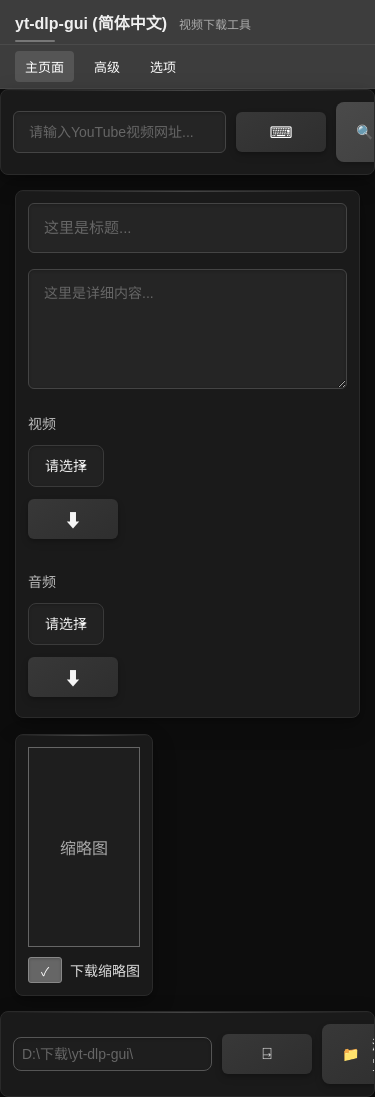
Repository: zArvin6808/yt-TubeSaver
Page: index.html
These files come from the project's save history. The page is drawn as it stood at one moment and after the next save; the edit follows.
The browser window is 375 px wide. The pictures show the whole page.

Above is the page before, as saved 2025-06-07 18:40:58.

### index.html
<!DOCTYPE html>
<html lang="zh-CN">
<head>
  <meta charset="UTF-8" />
  <title>yt-dlp-gui (简体中文)</title>
  <meta name="viewport" content="width=device-width, initial-scale=1.0"/>
  <link rel="stylesheet" href="style.css" />
</head>
<body>

  <!-- 标题栏 -->
  <div class="title-bar">
    <h1>yt-dlp-gui (简体中文)</h1>
    <span>视频下载工具</span>
  </div>

  <!-- 导航栏 -->
  <div class="navbar">
    <a href="#" class="nav-link active" data-page="main">主页面</a>
    <a href="#" class="nav-link" data-page="advanced">高级</a>
    <a href="#" class="nav-link" data-page="settings">选项</a>
  </div>

  <!-- 主页面内容 -->
  <div id="main" class="page active">
    <!-- 网址与按钮 占据整行 -->
    <div class="url-analysis-row card">
      <input type="text" id="urlInput" placeholder="请输入YouTube视频网址..." />
      <button class="icon-button" id="pasteButton" title="粘贴"><span>⌨</span></button>
      <button id="analyzeButton" class="primary"><span>🔍</span>分析</button>
    </div>

    <!-- 主内容 -->
    <div class="main">
      <!-- 左侧面板 -->
      <div class="left-panel card">
        <textarea class="title-input" id="titleInput" placeholder="这里是标题..." readonly></textarea>
        <textarea class="content-textarea" id="contentTextarea" placeholder="这里是详细内容..."></textarea>

        <!-- 视频行 -->
        <div class="select-group">
          <label for="video-select">视频</label>
          <select id="video-select">
            <option>请选择</option>
          </select>
          <button class="download-button" id="downloadVideoButton" title="下载视频"><span>⬇</span></button>
        </div>

        <!-- 音频行 -->
        <div class="select-group">
          <label for="audio-select">音频</label>
          <select id="audio-select">
            <option>请选择</option>
          </select>
          <button class="download-button" id="downloadAudioButton" title="下载音频"><span>⬇</span></button>
        </div>
      </div>

      <!-- 右侧面板 -->
      <div class="right-panel card">
        <div class="thumbnail" id="thumbnailPreview">
          <span class="thumbnail-placeholder">缩略图</span>
        </div>
        <div class="checkbox-group">
          <input type="checkbox" id="download-thumb" checked />
          <label for="download-thumb">下载缩略图</label>
        </div>
      </div>
    </div>

    <!-- 路径栏 -->
    <div class="path-bar card">
      <input type="text" id="pathInput" placeholder="D:\下载\yt-dlp-gui\" />
      <button class="icon-button" id="refreshPathButton" title="重置路径"><span>⍈</span></button>
      <button id="selectPathButton"><span>📁</span>浏览</button>
      <button id="downloadButton" class="primary"><span>⬇</span>下载</button>
    </div>
  </div>

  <!-- 高级页面 -->
  <div id="advanced" class="page">
    <div class="test-content">
      <h2>高级设置（测试页面）</h2>
      <p>这是高级设置页面的测试内容。该页面将用于配置更详细的下载选项。</p>
      <p>未来这里将包含：</p>
      <ul style="color: #aaa; margin-left: 20px;">
        <li>视频质量设置</li>
        <li>下载速度限制</li>
        <li>字幕选项</li>
        <li>格式选择</li>
      </ul>
    </div>
  </div>

  <!-- 选项页面 -->
  <div id="settings" class="page">
    <div class="test-content">
      <h2>全局设置（测试页面）</h2>
      <p>这是选项设置页面的测试内容。该页面将用于配置软件的全局设置。</p>
      <p>未来这里将包含：</p>
      <ul style="color: #aaa; margin-left: 20px;">
        <li>界面语言设置</li>
        <li>默认下载路径</li>
        <li>代理设置</li>
        <li>主题选择</li>
      </ul>
    </div>
  </div>

  <script src="script.js"></script>
</body>
</html>

### style.css
* {
      box-sizing: border-box;
      margin: 0;
      padding: 0;
      font-family: "Microsoft YaHei", sans-serif;
    }

    body {
      background-color: #2e2e2e;
      color: #ffffff;
      display: flex;
      flex-direction: column;
      min-height: 100vh;
    }

    /* 标题栏 */
    .title-bar {
      background-color: #3d3d3d;
      display: flex;
      align-items: center;
      padding: 12px 20px;
      gap: 12px;
      border-bottom: 1px solid #4a4a4a;
    }

    .title-bar h1 {
      font-size: 18px;
      margin: 0;
      font-weight: 600;
      position: relative;
    }

    .title-bar h1::after {
      content: "";
      position: absolute;
      bottom: -8px;
      left: 0;
      width: 40px;
      height: 2px;
      background-color: #777;
      border-radius: 1px;
    }

    .title-bar span {
      font-size: 13px;
      color: #aaa;
      margin-top: 2px;
    }

    /* 导航栏 */
    .navbar {
      background-color: #3d3d3d;
      display: flex;
      padding: 8px 20px;
      gap: 15px;
      border-bottom: 1px solid #4a4a4a;
    }

    .navbar a {
      color: white;
      text-decoration: none;
      font-size: 14px;
      cursor: pointer;
      padding: 8px 12px;
      border-radius: 4px;
      transition: all 0.2s ease;
      position: relative;
    }

    .navbar a:hover {
      background-color: #4a4a4a;
    }

    .navbar a.active {
      background-color: #555;
      font-weight: 500;
    }

    .navbar a.active::after {
      content: "";
      position: absolute;
      bottom: -9px;
      left: 12px;
      right: 12px;
      height: 2px;
      background-color: #888;
      border-radius: 1px;
    }

    @media (max-width: 768px) {
      .title-bar {
        padding: 10px 15px;
      }

      .title-bar h1 {
        font-size: 16px;
      }

      .title-bar span {
        font-size: 12px;
      }

      .navbar {
        padding: 6px 15px;
        gap: 10px;
      }

      .navbar a {
        padding: 6px 10px;
        font-size: 13px;
      }
    }

    /* 页面切换相关样式 */
    .page {
      display: none;
      flex-direction: column;
      flex-grow: 1;
    }

    .page.active {
      display: flex;
    }

    /* 网址与按钮容器：占满整行 */
    .url-analysis-row {
      display: flex;
      align-items: center;
      padding: 20px;
      gap: 12px;
      width: 100%;
      box-sizing: border-box;
      background-color: #2a2a2a;
      border-bottom: 1px solid #3a3a3a;
    }

    .url-analysis-row input[type="text"] {
      background-color: #252525;
      color: #ffffff;
      border: 1px solid #444;
      padding: 12px 15px;
      font-size: 14px;
      flex-grow: 1;
      border-radius: 6px;
      transition: all 0.2s ease;
    }

    .url-analysis-row input[type="text"]:focus {
      outline: none;
      border-color: #666;
      box-shadow: 0 0 0 3px rgba(100, 100, 100, 0.3);
      background-color: #2a2a2a;
    }

    .url-analysis-row.loading {
      position: relative;
    }

    .url-analysis-row.loading::after {
      content: "";
      position: absolute;
      bottom: 0;
      left: 0;
      width: 100%;
      height: 2px;
      background: linear-gradient(90deg, transparent, #666, transparent);
      animation: loading 1.5s infinite;
    }

    @keyframes loading {
      0% { transform: translateX(-100%); }
      100% { transform: translateX(100%); }
    }

    /* 主内容容器 */
    .main {
      display: flex;
      flex-direction: row;
      padding: 20px;
      gap: 24px;
      flex-grow: 1;
    }

    /* 左侧区域 */
    .left-panel {
      display: flex;
      flex-direction: column;
      width: 60%;
      gap: 16px;
    }

    .title-input {
      background-color: #252525;
      color: #ffffff;
      border: 1px solid #444;
      padding: 12px 15px;
      font-size: 15px;
      height: 50px;
      resize: none;
      border-radius: 6px;
      transition: all 0.2s ease;
    }

    .title-input:focus {
      outline: none;
      border-color: #666;
      box-shadow: 0 0 0 3px rgba(100, 100, 100, 0.3);
      background-color: #2a2a2a;
    }

    .content-textarea {
      background-color: #252525;
      color: #ffffff;
      border: 1px solid #444;
      padding: 12px 15px;
      font-size: 14px;
      resize: vertical;
      min-height: 120px;
      flex-grow: 1;
      border-radius: 6px;
      transition: all 0.2s ease;
    }

    .content-textarea:focus {
      outline: none;
      border-color: #666;
      box-shadow: 0 0 0 3px rgba(100, 100, 100, 0.3);
      background-color: #2a2a2a;
    }

    /* 视频/音频选择器 - 每组一行 */
    .select-group {
      display: flex;
      align-items: center;
      gap: 12px;
      padding: 8px 0;
    }

    select {
      background-color: #252525;
      color: #ffffff;
      border: 1px solid #444;
      padding: 8px 12px;
      font-size: 14px;
      flex-grow: 1;
      border-radius: 6px;
      transition: all 0.2s ease;
      appearance: none;
      background-image: url("data:[embedded picture, 150 characters]");
      background-repeat: no-repeat;
      background-position: right 12px center;
      background-size: 16px;
    }

    select:focus {
      outline: none;
      border-color: #666;
      box-shadow: 0 0 0 3px rgba(100, 100, 100, 0.3);
      background-color: #2a2a2a;
    }

    label {
      font-size: 14px;
      text-align: right;
      flex-shrink: 0;
      width: 80px;
      color: #bbb;
    }

    /* 基础按钮样式 */
    button {
      background-color: #444;
      color: white;
      border: none;
      padding: 10px 16px;
      cursor: pointer;
      font-size: 14px;
      transition: all 0.2s cubic-bezier(0.22, 1, 0.36, 1);
      border-radius: 6px;
      min-width: 90px;
      font-weight: 500;
      display: flex;
      align-items: center;
      justify-content: center;
      gap: 6px;
      position: relative;
      overflow: hidden;
    }

    button:hover {
      background-color: #555;
      box-shadow: 0 2px 8px rgba(0, 0, 0, 0.2);
    }

    button:active {
      background-color: #3a3a3a;
      box-shadow: 0 1px 2px rgba(0, 0, 0, 0.1);
    }

    button:disabled {
      opacity: 0.7;
      cursor: not-allowed;
      transform: none !important;
    }

    button .spinner {
      width: 16px;
      height: 16px;
      border: 2px solid rgba(255, 255, 255, 0.3);
      border-radius: 50%;
      border-top-color: white;
      animation: spin 0.8s linear infinite;
      margin-right: 6px;
    }

    @keyframes spin {
      to { transform: rotate(360deg); }
    }

    button.primary {
      background-color: #666;
      box-shadow: 0 2px 4px rgba(0, 0, 0, 0.2);
    }

    button.primary:hover {
      background-color: #777;
      box-shadow: 0 4px 8px rgba(0, 0, 0, 0.2);
    }

    button.primary:active {
      background-color: #5a5a5a;
      box-shadow: 0 1px 2px rgba(0, 0, 0, 0.1);
    }

    /* 图标按钮样式 */
    .icon-button {
      background-color: #444;
      color: #ffffff;
      border: none;
      cursor: pointer;
      font-size: 16px;
      transition: all 0.2s cubic-bezier(0.22, 1, 0.36, 1);
      display: flex;
      justify-content: center;
      align-items: center;
      border-radius: 6px;
      width: 40px;
      height: 40px;
      position: relative;
      overflow: hidden;
    }

    .icon-button:hover {
      background-color: #555;
      box-shadow: 0 2px 8px rgba(0, 0, 0, 0.2);
    }

    .icon-button:active {
      background-color: #3a3a3a;
      box-shadow: 0 1px 2px rgba(0, 0, 0, 0.1);
    }

    .icon-button:disabled {
      opacity: 0.7;
      cursor: not-allowed;
      transform: none !important;
    }

    /* 下载图标按钮样式 */
    .download-button {
      width: 40px;
      height: 40px;
      display: flex;
      justify-content: center;
      align-items: center;
      font-size: 18px;
      padding: 0;
      background-color: #666;
      border: none;
      border-radius: 6px;
      transition: all 0.2s cubic-bezier(0.22, 1, 0.36, 1);
      position: relative;
      overflow: hidden;
    }

    .download-button:hover {
      background-color: #777;
      box-shadow: 0 2px 8px rgba(0, 0, 0, 0.2);
    }

    .download-button:active {
      background-color: #5a5a5a;
      box-shadow: 0 1px 2px rgba(0, 0, 0, 0.1);
    }

    .download-button:disabled {
      opacity: 0.7;
      cursor: not-allowed;
      transform: none !important;
    }

    /* 错误状态 */
    .error-state {
      border-color: #ff4d4d !important;
      background-color: #2a1a1a !important;
    }

    .error-state:focus {
      box-shadow: 0 0 0 3px rgba(255, 77, 77, 0.3) !important;
    }

    /* 成功状态 */
    .success-state {
      border-color: #4dff4d !important;
      background-color: #1a2a1a !important;
    }

    .success-state:focus {
      box-shadow: 0 0 0 3px rgba(77, 255, 77, 0.3) !important;
    }

    /* 加载状态 */
    .loading-state::after {
      content: "";
      position: absolute;
      bottom: 0;
      left: 0;
      width: 100%;
      height: 2px;
      background: linear-gradient(90deg, transparent, #666, transparent);
      animation: loading 1.5s infinite;
    }

    @keyframes loading {
      0% { transform: translateX(-100%); }
      100% { transform: translateX(100%); }
    }

    @media (max-width: 768px) {
      .main {
        flex-direction: column;
        padding: 15px;
        gap: 16px;
      }

      .left-panel, .right-panel {
        width: 100%;
      }

      .url-analysis-row {
        padding: 15px;
        gap: 10px;
      }

      .select-group {
        flex-direction: column;
        align-items: flex-start;
      }

      label {
        width: auto;
        text-align: left;
      }
    }

    /* 右侧面板：缩略图和下载缩略图选项 */
    .right-panel {
      display: flex;
      flex-direction: column;
      width: 40%;
      gap: 10px;
    }

    .thumbnail {
      width: 100%;
      height: 200px;
      background-color: #1e1e1e;
      display: flex;
      justify-content: center;
      align-items: center;
      color: #aaa;
      font-size: 16px;
      border: 1px solid #666;
      transition: all 0.2s ease;
    }

    .thumbnail.loading {
      background-color: #252525;
      border-color: #888;
    }

    .thumbnail img {
      max-width: 100%;
      max-height: 100%;
      object-fit: contain;
    }

    .checkbox-group {
      display: flex;
      align-items: center;
      gap: 8px;
    }

    .checkbox-group input[type="checkbox"] {
      appearance: none;
      width: 16px;
      height: 16px;
      border: 1px solid #666;
      background-color: #1e1e1e;
      border-radius: 3px;
      cursor: pointer;
      position: relative;
      transition: all 0.2s ease;
    }

    .checkbox-group input[type="checkbox"]:checked {
      background-color: #666;
      border-color: #888;
    }

    .checkbox-group input[type="checkbox"]:checked::after {
      content: "✓";
      position: absolute;
      color: white;
      font-size: 12px;
      top: 50%;
      left: 50%;
      transform: translate(-50%, -50%);
    }

    .checkbox-group input[type="checkbox"]:focus {
      outline: none;
      box-shadow: 0 0 0 2px rgba(150, 150, 150, 0.2);
    }

    .checkbox-group label {
      font-size: 14px;
      color: #ddd;
      cursor: pointer;
    }

    /* 路径栏 */
    .path-bar {
      display: flex;
      align-items: center;
      gap: 10px;
      padding: 15px 20px;
      background-color: #2e2e2e;
      border-top: 1px solid #444;
    }

    .path-bar input {
      flex-grow: 1;
      padding: 8px;
      background-color: #1e1e1e;
      color: #fff;
      border: 1px solid #555;
      font-size: 14px;
    }

    /* 测试页面样式 */
    .test-content {
      padding: 20px;
      display: flex;
      flex-direction: column;
      gap: 20px;
    }

    .test-content h2 {
      color: #fff;
      font-size: 18px;
      margin-bottom: 10px;
    }

    .test-content p {
      color: #aaa;
      font-size: 14px;
      line-height: 1.6;
    }

    /* 滚动条样式 */
    ::-webkit-scrollbar {
      width: 10px;
      height: 10px;
    }
    ::-webkit-scrollbar-track {
      background: #1e1e1e;
      border-radius: 5px;
    }
    ::-webkit-scrollbar-thumb {
      background: #666;
      border-radius: 5px;
      border: 2px solid #1e1e1e;
      transition: all 0.3s cubic-bezier(0.22, 1, 0.36, 1);
    }
    ::-webkit-scrollbar-thumb:hover {
      background: #777;
      transform: scale(1.05);
    }
    ::-webkit-scrollbar-corner {
      background: #1e1e1e;
    }

    /* 全局美化 - 增强版 */
    body {
      color: #f0f0f0;
      background-color: #0d0d0d;
      font-smooth: antialiased;
      -webkit-font-smoothing: antialiased;
    }

    /* 增强的卡片样式 */
    .card {
      background-color: #1a1a1a;
      border-radius: 12px;
      padding: 24px;
      box-shadow:
        0 2px 4px rgba(0, 0, 0, 0.1),
        0 4px 12px rgba(0, 0, 0, 0.15),
        0 8px 24px rgba(0, 0, 0, 0.2);
      transition:
        transform 0.3s cubic-bezier(0.34, 1.56, 0.64, 1),
        box-shadow 0.3s cubic-bezier(0.34, 1.56, 0.64, 1);
      border: 1px solid #2a2a2a;
      position: relative;
      overflow: hidden;
    }

    .card::before {
      content: '';
      position: absolute;
      top: 0;
      left: 0;
      right: 0;
      height: 1px;
      background: linear-gradient(90deg, transparent, #444, transparent);
    }

    .card:hover {
      box-shadow:
        0 4px 8px rgba(0, 0, 0, 0.15),
        0 8px 24px rgba(0, 0, 0, 0.25),
        0 16px 48px rgba(0, 0, 0, 0.3);
    }

    .card:active {
      transition-duration: 0.1s;
    }

    /* 增强的按钮样式 */
    button {
      background: linear-gradient(145deg, #383838, #2e2e2e);
      color: #f5f5f5;
      border: none;
      padding: 12px 24px;
      border-radius: 8px;
      cursor: pointer;
      font-size: 14px;
      font-weight: 500;
      transition: all 0.3s cubic-bezier(0.34, 1.56, 0.64, 1);
      box-shadow:
        0 2px 4px rgba(0, 0, 0, 0.2),
        0 4px 8px rgba(0, 0, 0, 0.1);
      position: relative;
      overflow: hidden;
      transform-style: preserve-3d;
    }

    button::before {
      content: '';
      position: absolute;
      top: 0;
      left: 0;
      right: 0;
      bottom: 0;
      background: linear-gradient(145deg, #444, #3a3a3a);
      opacity: 0;
      transition: opacity 0.3s ease;
      z-index: -1;
    }

    button:hover {
      box-shadow:
        0 4px 8px rgba(0, 0, 0, 0.25),
        0 8px 16px rgba(0, 0, 0, 0.15);
    }

    button:active {
      box-shadow:
        0 1px 2px rgba(0, 0, 0, 0.2);
      transition-duration: 0.1s;
    }

    button:active::before {
      opacity: 1;
    }

    button.primary {
      background: linear-gradient(145deg, #4a4a4a, #3f3f3f);
    }

    button.primary::before {
      background: linear-gradient(145deg, #555, #4a4a4a);
    }

    button.loading::after {
      content: '';
      position: absolute;
      top: 50%;
      left: 50%;
      width: 16px;
      height: 16px;
      margin: -8px 0 0 -8px;
      border: 2px solid rgba(255,255,255,0.3);
      border-top-color: white;
      border-radius: 50%;
      animation: spin 0.8s linear infinite;
    }

    @keyframes spin {
      to { transform: rotate(360deg); }
    }

    /* 增强的输入框样式 */
    input, textarea, select {
      background-color: #222;
      border: 1px solid #3a3a3a;
      color: #f0f0f0;
      padding: 12px 16px;
      border-radius: 8px;
      transition: all 0.3s cubic-bezier(0.34, 1.56, 0.64, 1);
      box-shadow: inset 0 1px 3px rgba(0, 0, 0, 0.2);
      font-size: 14px;
    }

    input::placeholder, textarea::placeholder {
      color: #666;
      opacity: 1;
    }

    input:focus, textarea:focus, select:focus {
      outline: none;
      border-color: #555;
      box-shadow:
        inset 0 1px 3px rgba(0, 0, 0, 0.2),
        0 0 0 3px rgba(85, 85, 85, 0.2);
    }

    input.error, textarea.error {
      border-color: #d32f2f;
    }

    /* 增强的分隔线 */
    hr {
      border: none;
      height: 1px;
      background: linear-gradient(90deg, transparent, #444, transparent);
      margin: 24px 0;
      position: relative;
    }

    hr::after {
      content: '';
      position: absolute;
      top: 0;
      left: 0;
      right: 0;
      height: 1px;
      background: linear-gradient(90deg, transparent, #666, transparent);
      opacity: 0.3;
    }

    /* 增强的链接样式 */
    a {
      color: #b0b0b0;
      text-decoration: none;
      transition: all 0.3s cubic-bezier(0.34, 1.56, 0.64, 1);
      position: relative;
      font-weight: 500;
    }

    a:hover {
      color: #ffffff;
    }

    a::after {
      content: '';
      position: absolute;
      bottom: -2px;
      left: 0;
      width: 0;
      height: 2px;
      background: currentColor;
      transition: width 0.3s cubic-bezier(0.34, 1.56, 0.64, 1);
    }

    a:hover::after {
      width: 100%;
    }

    /* 全局动画设置 */
    :root {
      --transition-duration: 0.3s;
      --transition-easing: cubic-bezier(0.34, 1.56, 0.64, 1);
    }

    /* 焦点样式 */
    *:focus-visible {
      outline: 2px solid #555;
      outline-offset: 2px;
      border-radius: 2px;
    }

    /* 响应式断点 */
    @media (max-width: 768px) {
      body {
        font-size: 15px;
      }

      .card {
        padding: 16px;
        border-radius: 10px;
      }

      button {
        padding: 10px 20px;
      }
    }

    @media (max-width: 480px) {
      body {
        font-size: 14px;
      }

      .card {
        padding: 12px;
        border-radius: 8px;
      }
    }

    /* 性能优化 */
    .card, button, input, a {
      will-change: transform, box-shadow;
      backface-visibility: hidden;
    }

    /* Toast通知系统 */
    .toast-container {
      position: fixed;
      bottom: 20px;
      right: 20px;
      display: flex;
      flex-direction: column;
      gap: 10px;
      z-index: 1000;
      max-width: 300px;
    }

    .toast {
      padding: 12px 16px;
      border-radius: 6px;
      color: white;
      font-size: 14px;
      display: flex;
      align-items: center;
      gap: 10px;
      box-shadow: 0 4px 12px rgba(0, 0, 0, 0.15);
      opacity: 0;
      transform: translateY(20px);
      transition: all 0.3s cubic-bezier(0.22, 1, 0.36, 1);
      position: relative;
      overflow: hidden;
    }

    .toast.show {
      opacity: 1;
      transform: translateY(0);
    }

    .toast.hide {
      opacity: 0;
      transform: translateY(-20px);
    }

    .toast::after {
      content: "";
      position: absolute;
      bottom: 0;
      left: 0;
      width: 100%;
      height: 4px;
      background: rgba(255, 255, 255, 0.3);
    }

    .toast::before {
      content: "";
      position: absolute;
      bottom: 0;
      left: 0;
      width: 100%;
      height: 4px;
      background: rgba(255, 255, 255, 0.6);
      animation: toastProgress 3s linear forwards;
    }

    @keyframes toastProgress {
      from { width: 100%; }
      to { width: 0%; }
    }

    .toast-success {
      background-color: #2e7d32;
    }

    .toast-error {
      background-color: #c62828;
    }

    .toast-warning {
      background-color: #f9a825;
      color: #212121;
    }

    .toast-info {
      background-color: #0277bd;
    }

    .toast-icon {
      font-size: 18px;
      flex-shrink: 0;
    }

    .toast-close {
      margin-left: auto;
      cursor: pointer;
      opacity: 0.7;
      transition: opacity 0.2s;
      padding: 4px;
      display: flex;
      align-items: center;
      justify-content: center;
    }

    .toast-close:hover {
      opacity: 1;
    }

    @media (max-width: 768px) {
      .toast-container {
        bottom: 10px;
        right: 10px;
        left: 10px;
        max-width: none;
      }

      .toast {
        width: 100%;
        box-sizing: border-box;
      }
    }

Loaded but not shown: script.js (302 lines, source omitted)

After the next save:
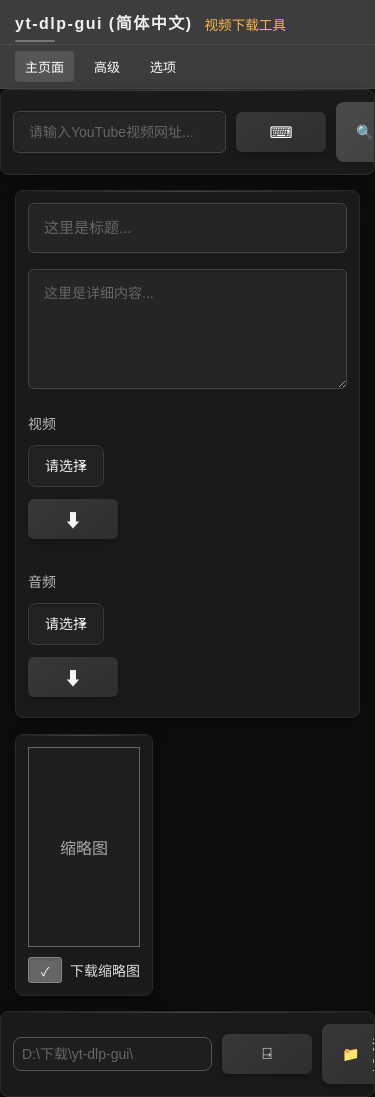
Saved 67 s later.
--- a/style.css
+++ b/style.css
@@ -11,6 +11,7 @@
       display: flex;
       flex-direction: column;
       min-height: 100vh;
+      font-size: 17px;
     }
 
     /* 标题栏 */
@@ -24,10 +25,11 @@
     }
 
     .title-bar h1 {
-      font-size: 18px;
+      font-size: 2.1rem;
       margin: 0;
-      font-weight: 600;
-      position: relative;
+      font-weight: 700;
+      position: relative;
+      letter-spacing: 1.5px;
     }
 
     .title-bar h1::after {
@@ -42,9 +44,10 @@
     }
 
     .title-bar span {
-      font-size: 13px;
-      color: #aaa;
-      margin-top: 2px;
+      font-size: 1.1rem;
+      color: #ffb74d;
+      margin-top: 4px;
+      font-weight: 500;
     }
 
     /* 导航栏 */
@@ -93,11 +96,11 @@
       }
 
       .title-bar h1 {
-        font-size: 16px;
+        font-size: 1.2rem;
       }
 
       .title-bar span {
-        font-size: 12px;
+        font-size: 0.95rem;
       }
 
       .navbar {
@@ -108,6 +111,20 @@
       .navbar a {
         padding: 6px 10px;
         font-size: 13px;
+      }
+    }
+
+    @media (max-width: 480px) {
+      body {
+        font-size: 14px;
+      }
+
+      .title-bar h1 {
+        font-size: 1rem;
+      }
+
+      .title-bar span {
+        font-size: 0.85rem;
       }
     }
 
